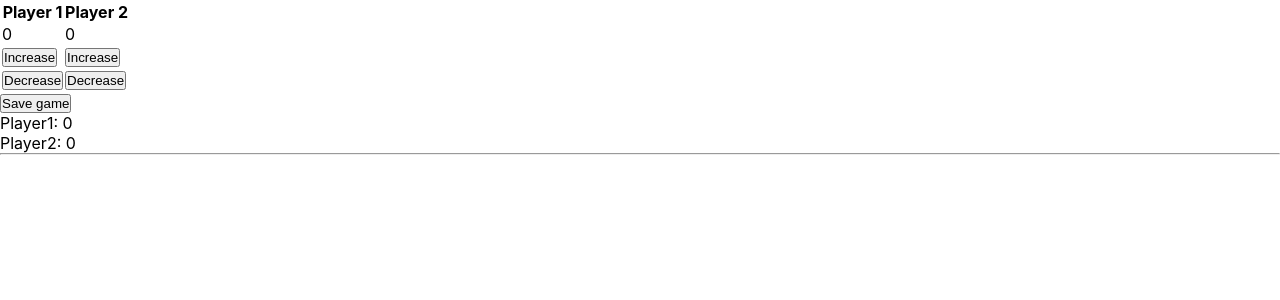
Repository: react-for-web-developers/02-intro-to-react
Page: / (app in exercises/score-counter/), after clicking the first element matching `div > button`
An editor plug-in stored every save of this project. The page is shown before and after the next save, followed by the edit.
The browser window is 1280 px wide. The pictures show the whole page.
The project was rebuilt for these pictures with package versions that can differ from the ones it lists, and the page was loaded fresh each time.

Above is the page before, as saved 2021-10-13 22:13:23.

After the next save:
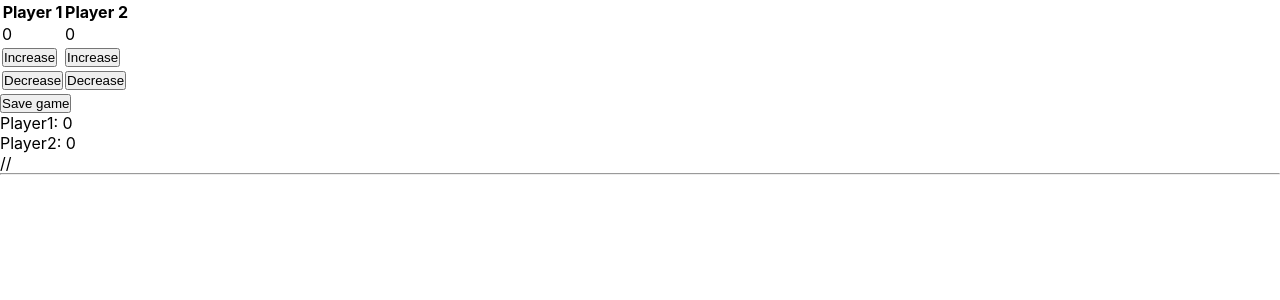
Saved 64 s later.
--- a/exercises/score-counter/src/App.js
+++ b/exercises/score-counter/src/App.js
@@ -65,7 +65,7 @@ function App() {
           <div>
             <div>Player1: {count1}</div>
             <div>Player2: {count2}</div>
-            <hr />
+            //<hr />
           </div>
         ))}
       </div>
